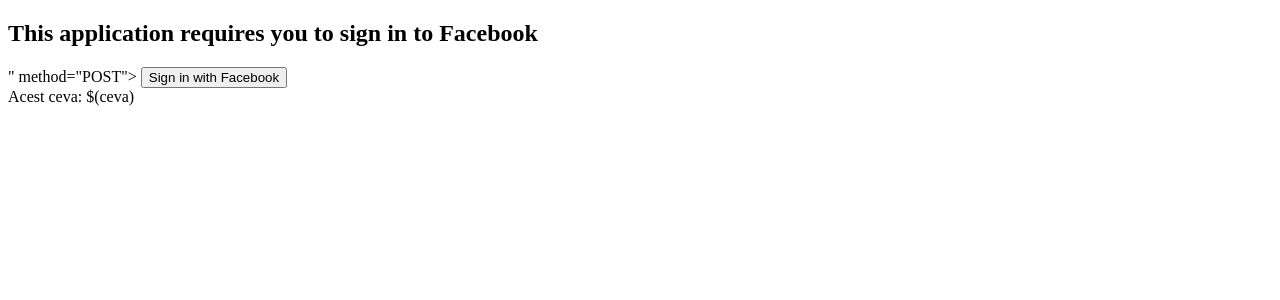
Repository: vladradu2008/MovieScribeAlpha
Page: http://localhost/RecommendationSystem/WEB-INF/works.jsp
These files come from the project's save history. The page is drawn as it stood at one moment and after a run of saves; the edit follows.
The browser window is 1280 px wide. The pictures show the whole page.
The page is served by Tomcat 9. Nobody is signed in. Other server files are loaded and not shown. The template is opened directly, without the code that normally fills it, so the values that code supplies are empty.

Above is the page before, as saved 2015-03-28 20:10:28.

### RecommendationSystem/src/main/webapp/WEB-INF/works.jsp
<%@ page language="java" contentType="text/html; charset=UTF-8"
    pageEncoding="UTF-8"%>
<!DOCTYPE html PUBLIC "-//W3C//DTD HTML 4.01 Transitional//EN" "http://www.w3.org/TR/html4/loose.dtd">
<html>
<head>
<meta http-equiv="Content-Type" content="text/html; charset=UTF-8">
<title>Insert title here</title>
</head>
<body>
<h2>This application requires you to sign in to Facebook</h2>
<form action="<c:url value="/login" />" method="POST">
<button type="submit">Sign in with Facebook</button>
<input type="hidden" name="scope" value="email,publish_stream,offline_access,read_stream" />
</form>
Acest ceva:
$(ceva)
</body>
</html>

After the next 2 saves:
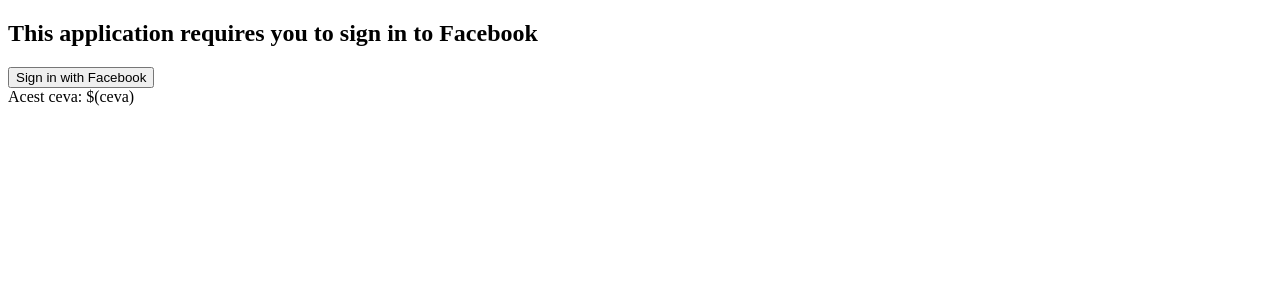
The 2 saves are shown as one change because they came seconds apart.
The last was saved 25 s later.
--- a/RecommendationSystem/src/main/webapp/WEB-INF/works.jsp
+++ b/RecommendationSystem/src/main/webapp/WEB-INF/works.jsp
@@ -8,7 +8,7 @@
 </head>
 <body>
 <h2>This application requires you to sign in to Facebook</h2>
-<form action="<c:url value="/login" />" method="POST">
+<form action="<c:url value="/login" method="POST">
 <button type="submit">Sign in with Facebook</button>
 <input type="hidden" name="scope" value="email,publish_stream,offline_access,read_stream" />
 </form>

After the save that followed:
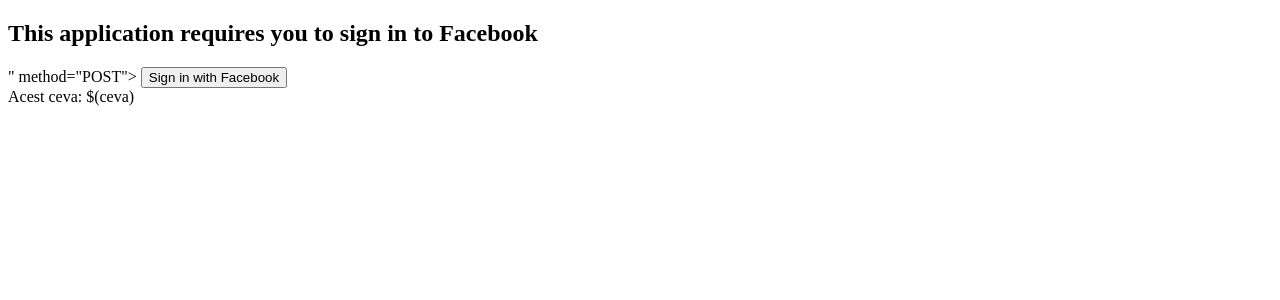
Saved 93 s later.
--- a/RecommendationSystem/src/main/webapp/WEB-INF/works.jsp
+++ b/RecommendationSystem/src/main/webapp/WEB-INF/works.jsp
@@ -8,7 +8,7 @@
 </head>
 <body>
 <h2>This application requires you to sign in to Facebook</h2>
-<form action="<c:url value="/login" method="POST">
+<form action="<c:url value="/login" />"  method="POST">
 <button type="submit">Sign in with Facebook</button>
 <input type="hidden" name="scope" value="email,publish_stream,offline_access,read_stream" />
 </form>
